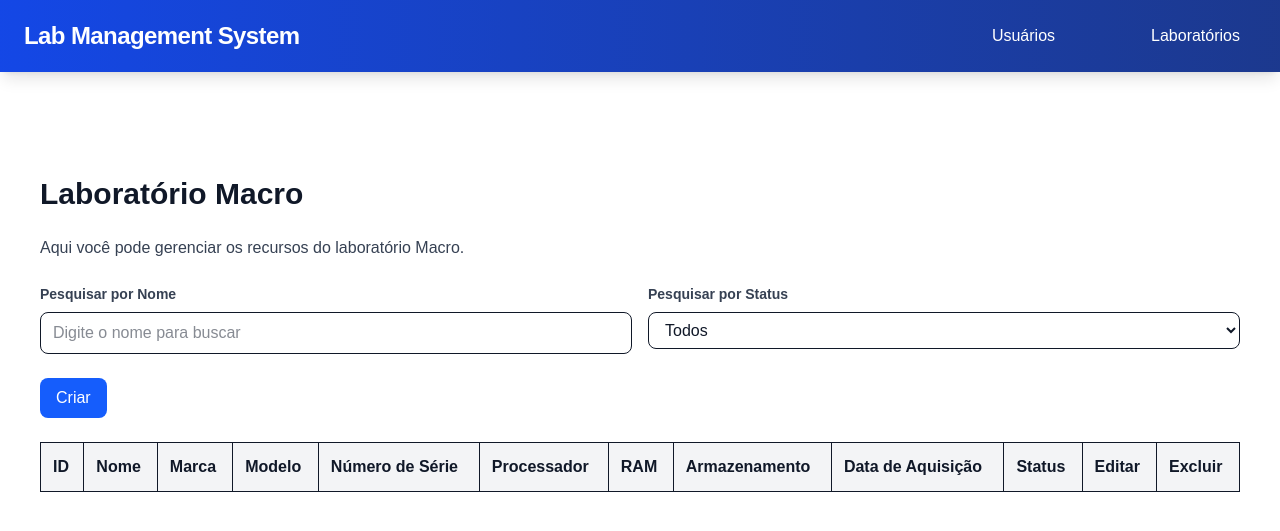
Repository: fabianosevla/gestao-labs
Page: /labs/hardware/macro (app in lab-management-system/)
The author's editor kept a copy of each file at every save. The page is drawn from the files as they stood at one save, then again after the next save.
The browser window is 1280 px wide. The pictures show the whole page.
The project was rebuilt for these pictures with package versions that can differ from the ones it lists, and the page was loaded fresh each time. The framework's server and built-in components were replaced by stand-ins that run in the browser. Also part of the build but not shown: lab-management-system/next.config.mjs.

Above is the page before, as saved 2025-05-05 23:53:32.

### lab-management-system/app/layout.js
import Navbar from "../components/Navbar";
import "../app/globals.css";

export default function RootLayout({ children }) {
  return (
    <html lang="en">
      <body className="bg-white font-sans">
        <Navbar />
        <div className="max-w-7xl mx-auto pt-16 px-4">{children}</div>
      </body>
    </html>
  );
}

### lab-management-system/app/labs/hardware/macro/page.js
"use client";

import { useState } from "react";
import { useRouter } from "next/navigation";
import { useMacroHardwares } from "../../../lib/storage";

export default function Macro() {
    const router = useRouter();
    const [macroHardwares, setMacroHardwares] = useMacroHardwares();
    const [searchName, setSearchName] = useState("");
    const [searchStatus, setSearchStatus] = useState("");

    const handleCreate = () => {
        router.push("/labs/hardware/macro/create");
    };

    const handleEdit = (id) => {
        router.push(`/labs/hardware/macro/edit/${id}`);
    };

    const handleDelete = (id) => {
        const updatedHardwares = macroHardwares.filter((h) => h.id !== id);
        setMacroHardwares(updatedHardwares);
    };

    const filteredHardwares = macroHardwares.filter((hardware) => {
        const matchesName = hardware.name
            .toLowerCase()
            .includes(searchName.toLowerCase());
        const matchesStatus = searchStatus
            ? hardware.status.toLowerCase() === searchStatus.toLowerCase()
            : true;
        return matchesName && matchesStatus;
    });

    return (
        <div className="p-6 pt-28">
            <h1 className="text-3xl font-bold mb-6 text-gray-900">Laboratório Macro</h1>
            <p className="text-gray-700 mb-6">Aqui você pode gerenciar os recursos do laboratório Macro.</p>

            <div className="mb-6 flex gap-4">
                <div className="flex-1">
                    <label className="block text-gray-700 text-sm font-bold mb-2" htmlFor="searchName">
                        Pesquisar por Nome
                    </label>
                    <input
                        type="text"
                        id="searchName"
                        value={searchName}
                        onChange={(e) => setSearchName(e.target.value)}
                        className="w-full px-3 py-2 border rounded-lg focus:outline-none focus:ring-2 focus:ring-blue-500 text-gray-900"
                        placeholder="Digite o nome para buscar"
                    />
                </div>
                <div className="flex-1">
                    <label className="block text-gray-700 text-sm font-bold mb-2" htmlFor="searchStatus">
                        Pesquisar por Status
                    </label>
                    <select
                        id="searchStatus"
                        value={searchStatus}
                        onChange={(e) => setSearchStatus(e.target.value)}
                        className="w-full px-3 py-2 border rounded-lg focus:outline-none focus:ring-2 focus:ring-blue-500 text-gray-900"
                    >
                        <option value="">Todos</option>
                        <option value="ativo">Ativo</option>
                        <option value="inativo">Inativo</option>
                    </select>
                </div>
            </div>

            <button
                onClick={handleCreate}
                className="px-4 py-2 bg-blue-600 text-white rounded-lg hover:bg-blue-700 transition duration-300 text-left mb-6"
            >
                Criar
            </button>
            <div className="overflow-x-auto">
                <table className="w-full border-collapse bg-white shadow-md rounded-lg">
                    <thead>
                        <tr className="bg-gray-100">
                            <th className="border p-3 text-gray-900 font-semibold text-left">ID</th>
                            <th className="border p-3 text-gray-900 font-semibold text-left">Nome</th>
                            <th className="border p-3 text-gray-900 font-semibold text-left">Marca</th>
                            <th className="border p-3 text-gray-900 font-semibold text-left">Modelo</th>
                            <th className="border p-3 text-gray-900 font-semibold text-left">Número de Série</th>
                            <th className="border p-3 text-gray-900 font-semibold text-left">Processador</th>
                            <th className="border p-3 text-gray-900 font-semibold text-left">RAM</th>
                            <th className="border p-3 text-gray-900 font-semibold text-left">Armazenamento</th>
                            <th className="border p-3 text-gray-900 font-semibold text-left">Data de Aquisição</th>
                            <th className="border p-3 text-gray-900 font-semibold text-left">Status</th>
                            <th className="border p-3 text-gray-900 font-semibold text-left">Editar</th>
                            <th className="border p-3 text-gray-900 font-semibold text-left">Excluir</th>
                        </tr>
                    </thead>
                    <tbody>
                        {filteredHardwares.map((hardware) => (
                            <tr key={hardware.id} className="hover:bg-gray-50">
                                <td className="border p-3 text-gray-700">{hardware.id}</td>
                                <td className="border p-3 text-gray-700">{hardware.name}</td>
                                <td className="border p-3 text-gray-700">{hardware.brand}</td>
                                <td className="border p-3 text-gray-700">{hardware.model}</td>
                                <td className="border p-3 text-gray-700">{hardware.serialNumber}</td>
                                <td className="border p-3 text-gray-700">{hardware.processor}</td>
                                <td className="border p-3 text-gray-700">{hardware.ram}</td>
                                <td className="border p-3 text-gray-700">{hardware.storage}</td>
                                <td className="border p-3 text-gray-700">{hardware.acquisitionDate}</td>
                                <td className="border p-3 text-gray-700">{hardware.status}</td>
                                <td className="border p-3 text-gray-700">
                                    <button
                                        onClick={() => handleEdit(hardware.id)}
                                        className="text-blue-600 hover:text-blue-800"
                                        title="Editar"
                                    >
                                        ✏️
                                    </button>
                                </td>
                                <td className="border p-3 text-gray-700">
                                    <button
                                        onClick={() => handleDelete(hardware.id)}
                                        className="text-red-600 hover:text-red-800"
                                        title="Excluir"
                                    >
                                        ❌
                                    </button>
                                </td>
                            </tr>
                        ))}
                    </tbody>
                </table>
            </div>
        </div>
    );
}

### lab-management-system/components/Navbar.js
"use client";

import Link from "next/link";
import { usePathname } from "next/navigation";
import { useEffect, useState } from "react";

export default function Navbar() {
    const pathname = usePathname();
    const [isLoginPage, setIsLoginPage] = useState(true);

    useEffect(() => {
        setIsLoginPage(pathname === "/login");
    }, [pathname]);

    if (isLoginPage) return null;

    return (
        <nav className="bg-gradient-to-r from-blue-700 to-blue-900 text-white shadow-lg fixed top-0 left-0 w-full z-50">
            <div className="max-w-7xl mx-auto px-6 py-4 flex justify-between items-center">
                <h1 className="text-2xl font-bold tracking-tight">Lab Management System</h1>
                <div className="flex space-x-16">
                    {/* Usuários */}
                    <div className="relative group">
                        <button className="px-4 py-2 rounded-xl hover:bg-blue-800 transition duration-300 ease-in-out font-medium">
                            Usuários
                        </button>
                        <div className="absolute right-0 mt-2 w-40 bg-white text-gray-800 rounded-xl shadow-2xl opacity-0 group-hover:opacity-100 group-hover:translate-y-0 transform -translate-y-3 transition-all duration-300 ease-in-out z-10">
                            <Link href="/users/visitors" className="block px-4 py-2 hover:bg-blue-100 rounded-t-xl transition duration-200">Visitantes</Link>
                            <Link href="/users/admins" className="block px-4 py-2 hover:bg-blue-100 rounded-b-xl transition duration-200">Admin</Link>
                        </div>
                    </div>

                    {/* Laboratórios */}
                    <div className="relative group">
                        <button className="px-4 py-2 rounded-xl hover:bg-blue-800 transition duration-300 ease-in-out font-medium">
                            Laboratórios
                        </button>
                        <div className="absolute right-0 mt-2 w-40 bg-white text-gray-800 rounded-xl shadow-2xl opacity-0 group-hover:opacity-100 group-hover:translate-y-0 transform -translate-y-3 transition-all duration-300 ease-in-out z-20">
                            <div className="relative group/sub">
                                <button className="block px-4 py-2 hover:bg-blue-100 w-full text-left transition duration-200">
                                    Hardware
                                </button>
                                <div className="absolute right-40 top-0 w-40 bg-white text-gray-800 rounded-xl shadow-2xl opacity-0 group-hover/sub:opacity-100 group-hover/sub:translate-x-0 transform translate-x-3 transition-all duration-300 ease-in-out z-20">
                                    <Link href="/labs/hardware/micro" className="block px-4 py-2 hover:bg-blue-100 rounded-t-xl transition duration-200">Micro</Link>
                                    <Link href="/labs/hardware/macro" className="block px-4 py-2 hover:bg-blue-100 rounded-b-xl transition duration-200">Macro</Link>
                                </div>
                            </div>
                            <Link href="/labs/software" className="block px-4 py-2 hover:bg-blue-100 rounded-b-xl transition duration-200">Software</Link>
                        </div>
                    </div>
                </div>
            </div>
        </nav>
    );
}

### lab-management-system/app/globals.css
@import "tailwindcss";

:root {
  --background: #ffffff;
  --foreground: #efecec;
}

@theme inline {
  --color-background: var(--background);
  --color-foreground: var(--foreground);
  --font-sans: var(--font-geist-sans);
  --font-mono: var(--font-geist-mono);
}

@media (prefers-color-scheme: dark) {
  :root {
    --background: #f7f1f1;
    --foreground: #ededed;
  }
}

body {
  background: var(--background);
  color: var(--foreground);
  font-family: Arial, Helvetica, sans-serif;
}

### lab-management-system/app/lib/storage.js
"use client";

import { useState, useEffect } from "react";

export const useMicroHardwares = () => {
    const [microHardwares, setMicroHardwares] = useState(() => {
        if (typeof window !== "undefined") {
            const saved = localStorage.getItem("microHardwares");
            return saved ? JSON.parse(saved) : [];
        }
        return [];
    });

    useEffect(() => {
        if (typeof window !== "undefined") {
            localStorage.setItem("microHardwares", JSON.stringify(microHardwares));
        }
    }, [microHardwares]);

    return [microHardwares, setMicroHardwares];
};

export const useMacroHardwares = () => {
    const [macroHardwares, setMacroHardwares] = useState(() => {
        if (typeof window !== "undefined") {
            const saved = localStorage.getItem("macroHardwares");
            return saved ? JSON.parse(saved) : [];
        }
        return [];
    });

    useEffect(() => {
        if (typeof window !== "undefined") {
            localStorage.setItem("macroHardwares", JSON.stringify(macroHardwares));
        }
    }, [macroHardwares]);

    return [macroHardwares, setMacroHardwares];
};

After the next save:
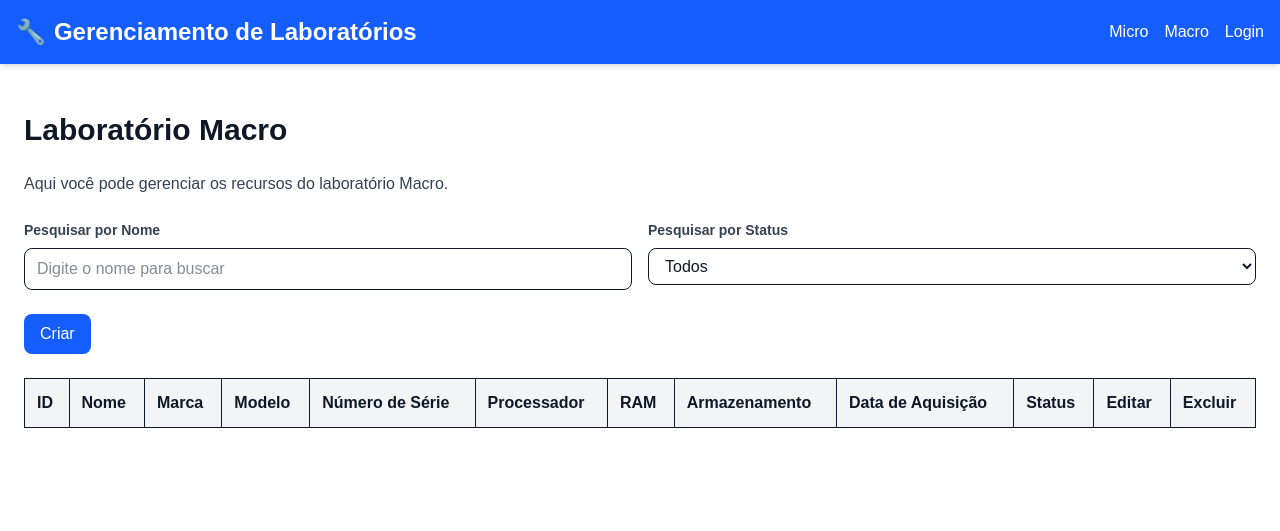
Saved 5 min 26 s later.
--- a/lab-management-system/app/layout.js
+++ b/lab-management-system/app/layout.js
@@ -1,12 +1,37 @@
-import Navbar from "../components/Navbar";
-import "../app/globals.css";
+"use client";
+
+import "./globals.css";
+import Link from "next/link";
+
+export const metadata = {
+  title: "Gerenciamento de Laboratórios",
+  description: "Sistema para gerenciamento de hardware de laboratórios",
+};
 
 export default function RootLayout({ children }) {
   return (
-    <html lang="en">
-      <body className="bg-white font-sans">
-        <Navbar />
-        <div className="max-w-7xl mx-auto pt-16 px-4">{children}</div>
+    <html lang="pt-BR">
+      <body className="bg-gray-100">
+        <nav className="bg-blue-600 text-white p-4 fixed w-full top-0 z-10 shadow-md">
+          <div className="container mx-auto flex items-center">
+            <span className="text-2xl mr-2">🔧</span>
+            <Link href="/" className="text-2xl font-bold">
+              Gerenciamento de Laboratórios
+            </Link>
+            <div className="ml-auto space-x-4">
+              <Link href="/labs/hardware/micro" className="hover:underline">
+                Micro
+              </Link>
+              <Link href="/labs/hardware/macro" className="hover:underline">
+                Macro
+              </Link>
+              <Link href="/login" className="hover:underline">
+                Login
+              </Link>
+            </div>
+          </div>
+        </nav>
+        <main>{children}</main>
       </body>
     </html>
   );

After the save that followed:
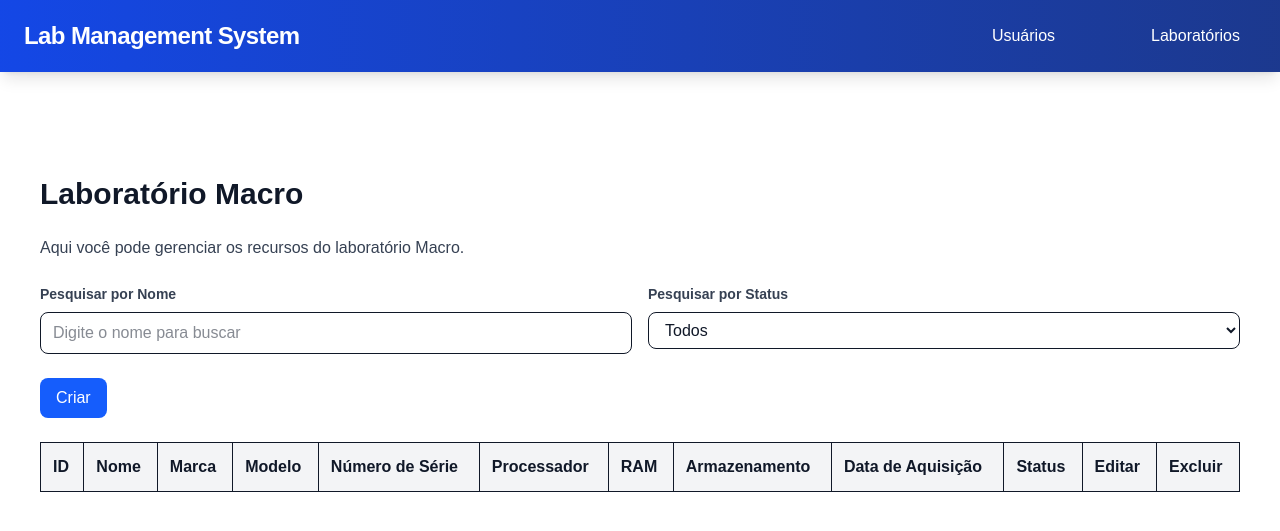
Saved 33 s later.
--- a/lab-management-system/app/layout.js
+++ b/lab-management-system/app/layout.js
@@ -1,37 +1,12 @@
-"use client";
-
-import "./globals.css";
-import Link from "next/link";
-
-export const metadata = {
-  title: "Gerenciamento de Laboratórios",
-  description: "Sistema para gerenciamento de hardware de laboratórios",
-};
+import Navbar from "../components/Navbar";
+import "../app/globals.css";
 
 export default function RootLayout({ children }) {
   return (
-    <html lang="pt-BR">
-      <body className="bg-gray-100">
-        <nav className="bg-blue-600 text-white p-4 fixed w-full top-0 z-10 shadow-md">
-          <div className="container mx-auto flex items-center">
-            <span className="text-2xl mr-2">🔧</span>
-            <Link href="/" className="text-2xl font-bold">
-              Gerenciamento de Laboratórios
-            </Link>
-            <div className="ml-auto space-x-4">
-              <Link href="/labs/hardware/micro" className="hover:underline">
-                Micro
-              </Link>
-              <Link href="/labs/hardware/macro" className="hover:underline">
-                Macro
-              </Link>
-              <Link href="/login" className="hover:underline">
-                Login
-              </Link>
-            </div>
-          </div>
-        </nav>
-        <main>{children}</main>
+    <html lang="en">
+      <body className="bg-white font-sans">
+        <Navbar />
+        <div className="max-w-7xl mx-auto pt-16 px-4">{children}</div>
       </body>
     </html>
   );
